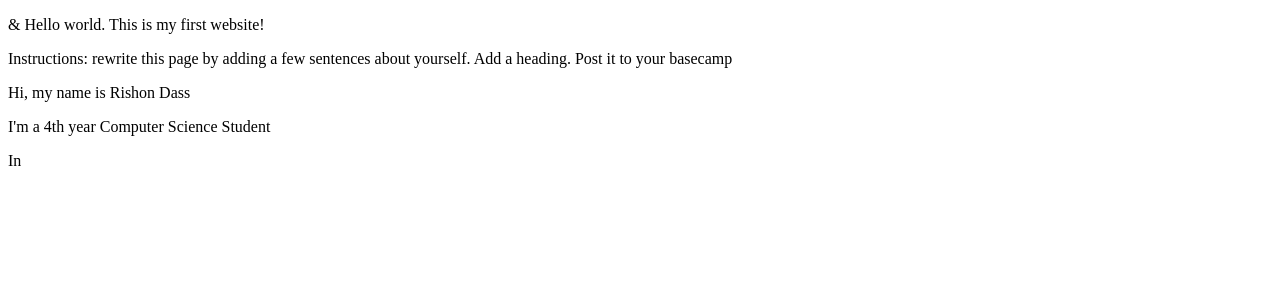
Repository: rishondass/ITMD361-Lab1
Page: lab1.html
An editor plug-in stored every save of this project. The page is shown before and after the next save, followed by the edit.
The browser window is 1280 px wide. The pictures show the whole page.

Above is the page before, as saved 2023-01-13 13:35:21.

After the next save:
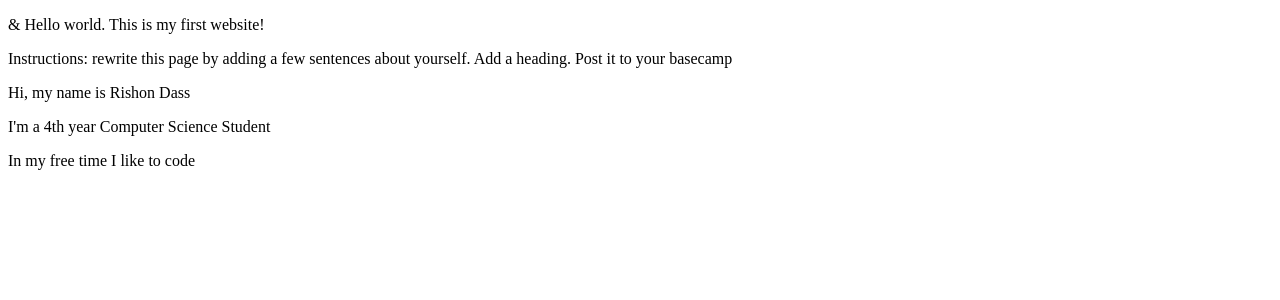
Saved 5 s later.
--- a/lab1.html
+++ b/lab1.html
@@ -10,6 +10,6 @@
 
   <p>Hi, my name is Rishon Dass</p>
   <p>I'm a 4th year Computer Science Student</p>
-  <p>In </p>
+  <p>In my free time I like to code</p>
 </body>
 </html>
